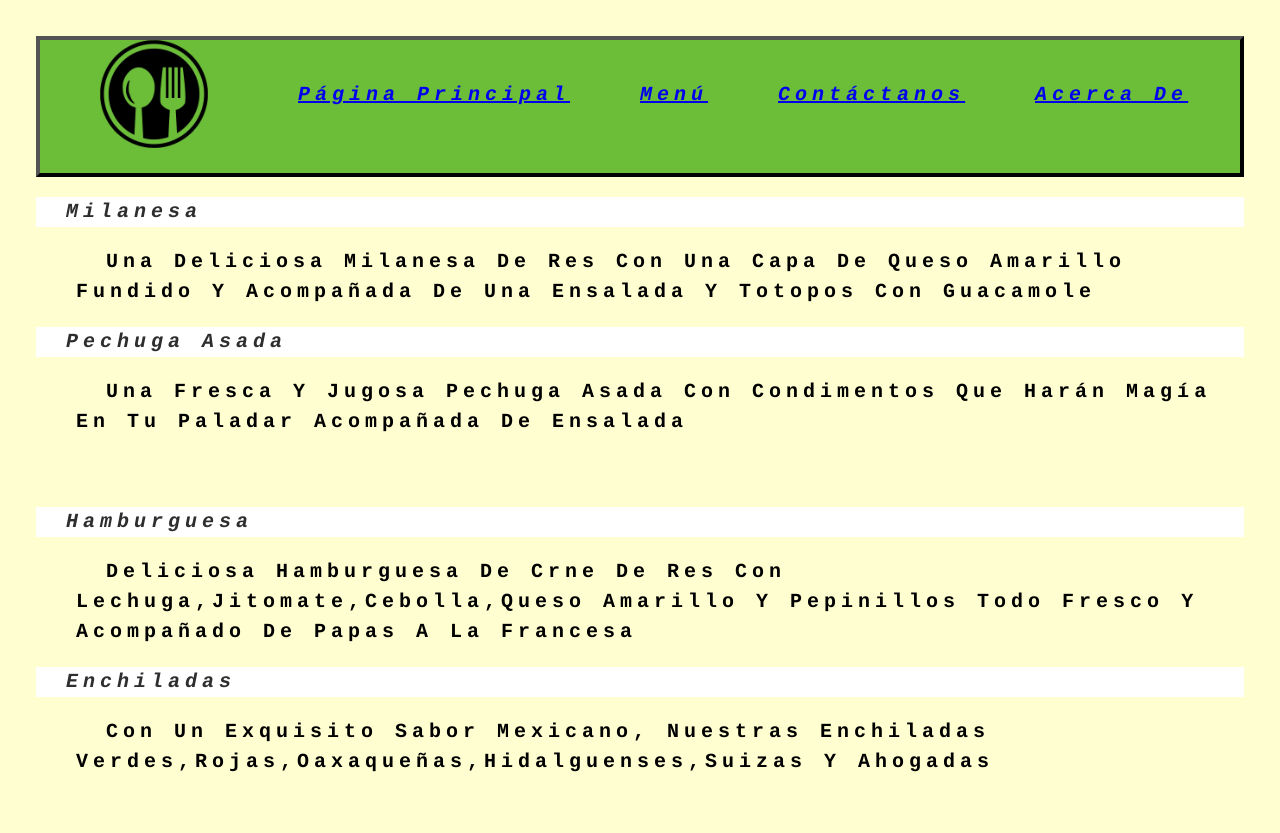
Repository: UVMCoyoacan/eq06_sitio1
Page: Carpeta docs/menu.html
An editor plug-in stored every save of this project. The page is shown before and after the next save, followed by the edit.
The browser window is 1280 px wide. The pictures show the whole page.

Above is the page before, as saved 2024-03-08 09:22:34.

### Carpeta docs/menu.html
<!DOCTYPE html>
<html>
    <head>
        <link rel="stylesheet" href="../Carpeta estilos/estilo1.css"/>
        <meta charset="utf-8" />
    </head>
    <body>
        <header id="parte_inicial" role="banner">
            <div class="encabezado" style="display: flex;   flex-wrap: wrap;">
                    <div style="flex-wrap:wrap ;">
                    <img width="108" height="108" src="../Carpeta ims/tres.png" onclick="redirigirIndex()" style="text-align: left; cursor:pointer;";>
                    </div>
            <div style="display: flex;   flex-wrap: wrap;">
            <ul >
                <li><a href="../index.html">Página principal</a></li>
                <li><a href="#">Menú</a></li>
                <li><a href="contactos.html">Contáctanos</a></li>
                <li style="float:right"><a class="active" href="acercade.html">Acerca de</a></li>
            </ul>
        </div>
            </div>

        </header>
        <div>
            <p>Milanesa</p>
            <ol>Una deliciosa milanesa de res con una capa de queso amarillo fundido y acompañada de una ensalada y totopos con guacamole</ol>
            <p>Pechuga asada</p>
            <ol>Una fresca y jugosa pechuga asada con condimentos que harán magía en tu paladar acompañada de ensalada</ol><br>
            <p>Hamburguesa</p>
            <ol>Deliciosa hamburguesa de crne de res con lechuga,jitomate,cebolla,queso amarillo y pepinillos todo fresco y acompañado de papas a la francesa</ol>
            <p>Enchiladas</p>
            <ol>Con un exquisito sabor mexicano, nuestras enchiladas verdes,rojas,oaxaqueñas,hidalguenses,suizas y ahogadas</ol>
         </div>
    </body>
    <script src="../Carpeta js/js1.js">
    </script>
</html>

### Carpeta estilos/estilo1.css
body{
  background-color:#fefec0be;
  font-size:20px;
  font-family:Courier;
  font-weight:bold;
  font-style:normal;
  line-height:30px;
  letter-spacing:5px;
  padding: 28px;
  text-transform:capitalize;
  text-align:left;
  text-indent:30px;


}
header{
  background-color:#6cbe39;
  font-size:20px;
  font-family:Courier;
  font-weight:bold;
  font-style:italic;
  line-height:60px;
  letter-spacing:5px;
  text-transform:capitalize;
  text-align:left;
  text-indent:60px;
  border-style: outset;
  border-color: #000000;
  border-width: .4ch;

}
li {
  display: inline;
  float: left;
  background-color:#6cbe39;
  font-size:20px;
  font-family:Courier;
  font-weight:bold;
  font-style:oblique;
  line-height:30px;
  letter-spacing:5px;
  text-decoration:underline;
  text-transform:capitalize;
  text-align:left;
  text-indent:30px;
  border-style:inherit;
  border-color: #303130;
  padding: 12px;
}


a {
  display: block;
  padding: 8px;
  background-color:#6cbe39;
}
.active {
  background-color:transparent;

}

#titulo{
  text-decoration: overline underline;
  font-size:30px;
  font-style:oblique;

}
ul {
  margin-left: auto;
}
p{

    font-size: 20px;
    font-family: Courier;
    font-weight: bold;
    font-style:italic;
    line-height: 30px;
    letter-spacing: 5px;
    text-transform: capitalize;
    text-align: left;
    text-indent: 30px;
    margin-left: auto;
    color: #2e2e2e;
      background-color: #ffffff;


    }

### Carpeta js/js1.js
function redirigirIndex() {
    window.location.href = '#';
}

After the next save:
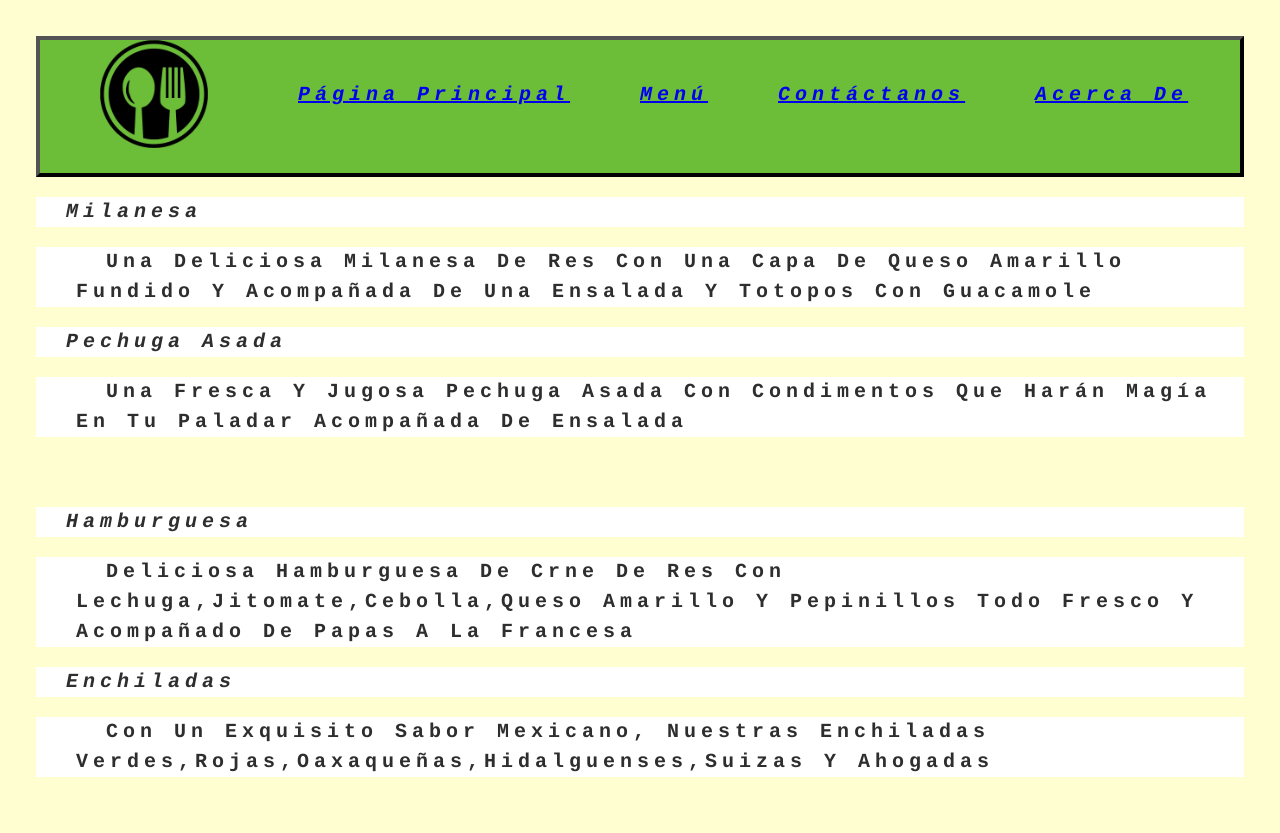
Saved 3 min 4 s later.
--- a/Carpeta estilos/estilo1.css
+++ b/Carpeta estilos/estilo1.css
@@ -85,3 +85,19 @@ p{
 
 
     }
+
+  ol{
+
+      font-size: 20px;
+      font-family: Courier;
+      font-weight: bold;
+      font-style: normal;
+      line-height: 30px;
+      letter-spacing: 5px;
+      text-transform: capitalize;
+      text-align: left;
+      text-indent: 30px;
+      color: #2e2e2e;
+      background-color: #ffffff;
+      padding-left: 40px;
+    }
